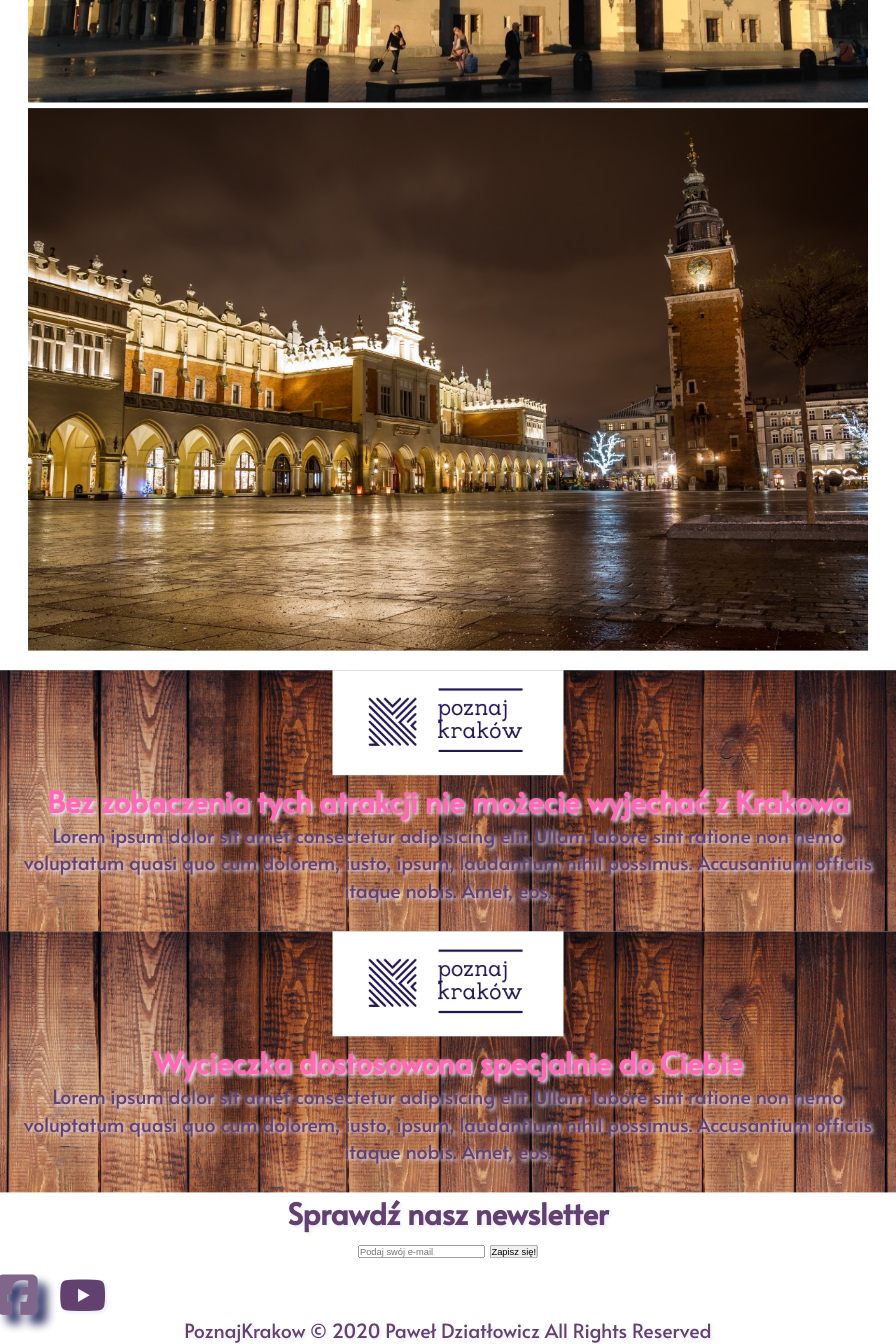
Repository: DZIALEK/projekt1
Page: projekt1.html
The author's editor kept a copy of each file at every save. The page is drawn from the files as they stood at one save, then again after the next save.
The browser window is 1280 px wide. The pictures show the part of the page from y = 2828 to 4748 px (the page is 4748 px tall), at 70% of full size.
The pointer rests on the first visible `.social-media i`.
Some icons come from a web library that is not loaded, so they are not drawn. A picture or video elsewhere on the page could not be fetched, so the positions and the page height are approximate. Some web libraries are served in a nearby version.

Above is the page before, as saved 2020-07-15 00:54:07.

After the next save:
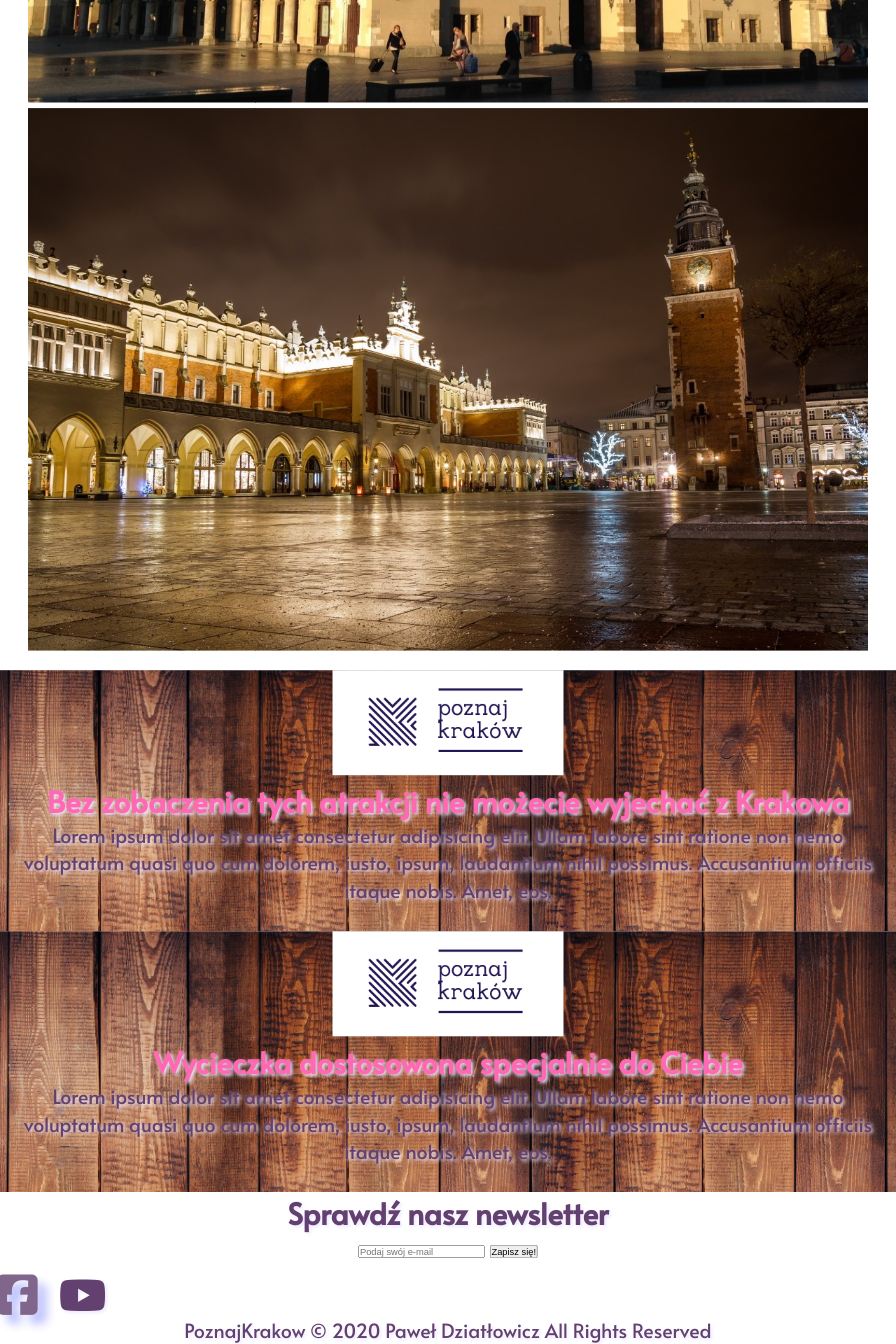
Saved 22 s later.
--- a/projekt1.css
+++ b/projekt1.css
@@ -182,7 +182,7 @@ nav a:hover {
 .social-media i:hover {
     /* color: #ff792b; */
     opacity: 0.8;
-    text-shadow: #010542 0.2em 0.2em 0.2em;
+    text-shadow: #b0b5fc 0.2em 0.2em 0.2em;
     transform: scale(1.1,1.1);
     transition-duration: 250ms;
     transition-timing-function: ease-out;
